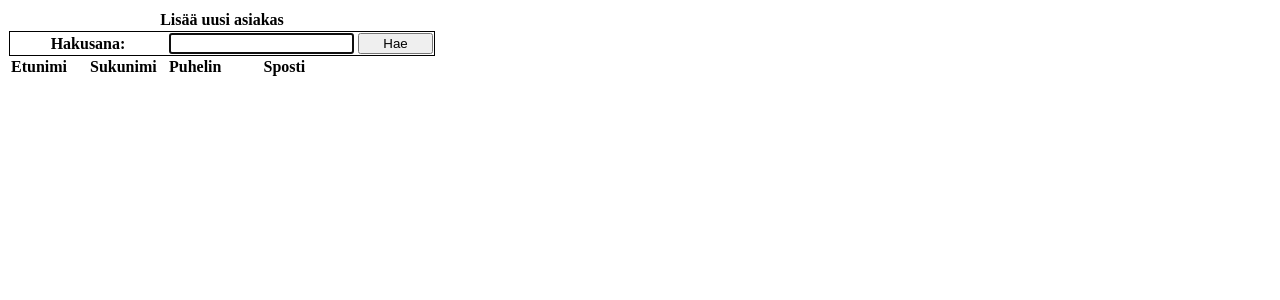
Repository: Imppa/Viikko4
Page: http://localhost/Asiakkaat/listaaasiakkaat.jsp
These files come from the project's save history. The page is drawn as it stood at one moment and after the next save; the edit follows.
The browser window is 1280 px wide. The pictures show the whole page.
The page is served by Tomcat 9. Other server files are loaded and not shown.

Above is the page before, as saved 2021-12-05 11:30:20.

### Asiakkaat/WebContent/listaaasiakkaat.jsp
<%@ page language="java" contentType="text/html; charset=ISO-8859-1"
    pageEncoding="ISO-8859-1"%>
<!DOCTYPE html>
<html>
<head>
<meta charset="ISO-8859-1">
<script src="https://ajax.googleapis.com/ajax/libs/jquery/3.4.1/jquery.min.js"></script>
<title>Insert title here</title>
<style>

.oikealle{
text-align: center;
height:175%;

}

.kentta{
text-align: left;
width: 75px;

}

.block{
width:75px;
}


</style>
</head>
<body>
<table id="listaus">
		<thead>
			<tr>
				<th colspan="5" class="oikealle"><span id="uusiAsiakas">Lisää uusi asiakas</span></th>
			</tr>
			<tr style="outline: thin solid">
				<th class="oikealle" colspan="2">Hakusana:</th>
				<th colspan="2"><input type="text" id="hakusana"></th>
				<th><input type="button" class="block" value="Hae" id="hakunappi"></th>
			</tr>
			<tr>
				<th class="kentta">Etunimi</th>
				<th class="kentta">Sukunimi</th>
				<th class="kentta">Puhelin</th>
				<th class="kentta">Sposti</th>
				<th></th>
			</tr>
		</thead>
		<tbody>
		</tbody>
</table>
<script>
$(document).ready(function() {

	$("#uusiAsiakas").click(function() {
		document.location="lisaaasiakas.jsp";
	});


	haeAsiakkaat();
	$("#hakunappi").click(function(){
		haeAsiakkaat();
	});
	$(document.body).on("keydown", function(event){
		if(event.which==13) { //Kirjaimet lajiteltu numeroittain, 13=Enter
			haeAsiakkaat();
		}
	});
	$("#hakusana").focus();//Kursori oikeaan paikkaan
});

function haeAsiakkaat(){
	$("#listaus tbody").empty();
	$.ajax({
		url:"asiakkaat/"+$("#hakusana").val(),
		type:"GET",
		dataType:"json",
		success:function(result) {
		$.each(result.asiakkaat, function(i, field) {
			var htmlStr;
			htmlStr+="<tr>";
			htmlStr+="<td>"+field.etunimi+"</td>";
			htmlStr+="<td>"+field.sukunimi+"</td>";
			htmlStr+="<td>"+field.puhelin+"</td>";
			htmlStr+="<td>"+field.sposti+"</td>";
			htmlStr+="<td>Poista</td>";
			htmlStr+="</tr>";
			$("#listaus tbody").append(htmlStr);
		});
	}});
}



</script>
</body>
</html>

### Asiakkaat/src/control/Asiakkaat.java
package control;

import java.io.IOException;
import java.io.PrintWriter;
import java.util.ArrayList;

import javax.servlet.ServletException;
import javax.servlet.annotation.WebServlet;
import javax.servlet.http.HttpServlet;
import javax.servlet.http.HttpServletRequest;
import javax.servlet.http.HttpServletResponse;

import org.json.JSONObject;

import model.Asiakas;
import model.dao.Dao;


@WebServlet("/asiakkaat/*")
public class Asiakkaat extends HttpServlet {
	private static final long serialVersionUID = 1L;


    public Asiakkaat() {
        super();
        System.out.println("Asiakkaat.Asiakkaat()");
    }

	protected void doGet(HttpServletRequest request, HttpServletResponse response) throws ServletException, IOException {
		System.out.println("Asiakkaat.doGet()");
		String pathInfo = request.getPathInfo();
		System.out.println("polku: "+pathInfo);
		String hakusana = pathInfo.replace("/", "");
		Dao dao = new Dao();
		ArrayList<Asiakas> asiakkaat = dao.listaaKaikki(hakusana);
		System.out.println(asiakkaat);
		String strJSON = new JSONObject().put("asiakkaat", asiakkaat).toString();
		response.setContentType("application/json");
		PrintWriter out = response.getWriter();
		out.println(strJSON);
	}

	protected void doPost(HttpServletRequest request, HttpServletResponse response) throws ServletException, IOException {
		System.out.println("Asiakkaat.doPost()");
		JSONObject jsonObj = new JsonStrToObj().convert(request); //Muutetaan kutsun mukana tuleva json-string json-objektiksi
		Asiakas asiakas = new Asiakas();
		asiakas.setEtunimi(jsonObj.getString("etunimi"));
		asiakas.setSukunimi(jsonObj.getString("sukunimi"));
		asiakas.setPuhelin(jsonObj.getString("puhelin"));
		asiakas.setSposti(jsonObj.getString("sposti"));
		response.setContentType("application/json");
		PrintWriter out = response.getWriter();
		Dao dao = new Dao();
		if(dao.lisaaAsiakas(asiakas)){ //metodi palauttaa true/false
			out.println("{\"response\":1}");  //Auton lisääminen onnistui {"response":1}
		}else{
			out.println("{\"response\":0}");  //Auton lisääminen epäonnistui {"response":0}
		}
	}

	protected void doPut(HttpServletRequest request, HttpServletResponse response) throws ServletException, IOException {
		System.out.println("Asiakkaat.doPut()");
	}

	protected void doDelete(HttpServletRequest request, HttpServletResponse response) throws ServletException, IOException {
		System.out.println("Asiakkaat.doDelete()");
	}

}

### Asiakkaat/src/model/dao/Dao.java
package model.dao;
import java.sql.Connection;
import java.sql.DriverManager;
import java.sql.PreparedStatement;
import java.sql.ResultSet;
import java.sql.SQLException;
import java.util.ArrayList;

import model.Asiakas;

public class Dao {
	private Connection con=null;
	private ResultSet rs = null;
	private PreparedStatement stmtPrep=null;
	private String sql;
	private String db ="Myynti.sqlite";

	private Connection yhdista() {
		Connection con = null;
		String path =System.getProperty("catalina.base");
		path = path.substring(0, path.indexOf(".metadata")).replace("\\","/");
		String url ="jdbc:sqlite:"+path+db;
		try {
			Class.forName("org.sqlite.JDBC");
			con = DriverManager.getConnection(url);
			System.out.println("Yhteys avattu.");
		}catch (Exception e) {
			System.out.println("Yhteyden avaus epäonnistui.");
			e.printStackTrace();
		}
		return con;
	}

	public ArrayList<Asiakas> listaaKaikki() {
		ArrayList<Asiakas> asiakkaat = new ArrayList<Asiakas>();
		sql = "SELECT * FROM asiakkaat";
		try {
			con=yhdista();
			if(con!=null) {
				stmtPrep = con.prepareStatement(sql);
				rs = stmtPrep.executeQuery();
				if(rs!=null) {
					while(rs.next()) {
						Asiakas asiakas = new Asiakas();
						asiakas.setAsiakas_id(rs.getInt(1));
						asiakas.setEtunimi(rs.getString(2));
						asiakas.setSukunimi(rs.getString(3));
						asiakas.setPuhelin(rs.getString(4));
						asiakas.setSposti(rs.getString(5));
						asiakkaat.add(asiakas);
					}
				}
			}
			con.close();
		}catch (Exception e) {
			e.printStackTrace();
		}
		return asiakkaat;
	}

	public ArrayList<Asiakas> listaaKaikki(String hakusana) {
		ArrayList<Asiakas> asiakkaat = new ArrayList<Asiakas>();
		sql = "SELECT * FROM asiakkaat where etunimi LIKE ? or sukunimi LIKE ? or puhelin LIKE ? or sposti LIKE ? ";
		try {
			con=yhdista();
			if(con!=null) {
				stmtPrep = con.prepareStatement(sql);
				stmtPrep.setString(1, "%" + hakusana +"%");
				stmtPrep.setString(2, "%" + hakusana +"%");
				stmtPrep.setString(3, "%" + hakusana +"%");
				stmtPrep.setString(4, "%" + hakusana +"%");
				rs = stmtPrep.executeQuery();
				if(rs!=null) {
					while(rs.next()) {
						Asiakas asiakas = new Asiakas();
						asiakas.setAsiakas_id(rs.getInt(1));
						asiakas.setEtunimi(rs.getString(2));
						asiakas.setSukunimi(rs.getString(3));
						asiakas.setPuhelin(rs.getString(4));
						asiakas.setSposti(rs.getString(5));
						asiakkaat.add(asiakas);
					}
				}
			}
			con.close();
		}catch (Exception e) {
			e.printStackTrace();
		}
		return asiakkaat;
	}
	public boolean lisaaAsiakas(Asiakas asiakas) {
		boolean paluuArvo=true;
		sql="INSERT INTO asiakkaat VALUE(?,?,?,?)";
		try {
			con = yhdista();
			stmtPrep = con.prepareStatement(sql);
			stmtPrep.setString(1, asiakas.getEtunimi());
			stmtPrep.setString(2, asiakas.getSukunimi() );
			stmtPrep.setString(3, asiakas.getPuhelin());
			stmtPrep.setString(4, asiakas.getSposti());
			stmtPrep.executeUpdate();
			con.close();
		}catch (Exception e) {
			e.printStackTrace();
			paluuArvo=false;
		}
		return paluuArvo;
	}
}

After the next save:
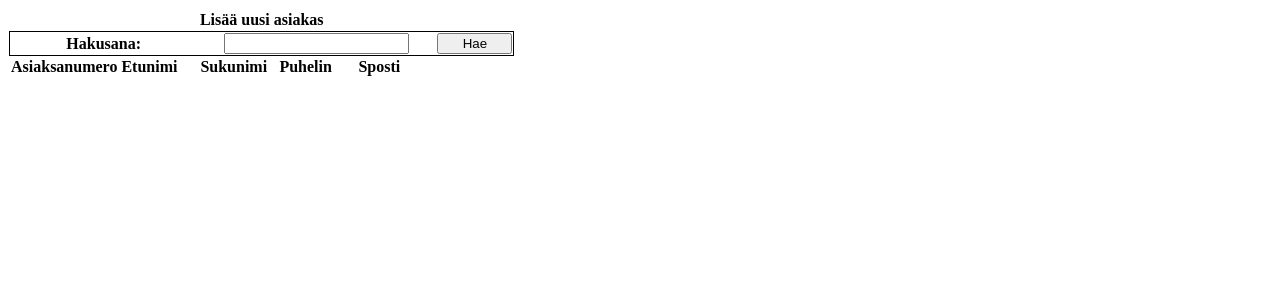
Console error: SyntaxError: Invalid or unexpected token
Saved 3 min 35 s later.
--- a/Asiakkaat/WebContent/listaaasiakkaat.jsp
+++ b/Asiakkaat/WebContent/listaaasiakkaat.jsp
@@ -31,14 +31,15 @@ width:75px;
 <table id="listaus">
 		<thead>
 			<tr>
-				<th colspan="5" class="oikealle"><span id="uusiAsiakas">Lisää uusi asiakas</span></th>
+				<th colspan="6" class="oikealle"><span id="uusiAsiakas">Lisää uusi asiakas</span></th>
 			</tr>
 			<tr style="outline: thin solid">
 				<th class="oikealle" colspan="2">Hakusana:</th>
-				<th colspan="2"><input type="text" id="hakusana"></th>
+				<th colspan="3"><input type="text" id="hakusana"></th>
 				<th><input type="button" class="block" value="Hae" id="hakunappi"></th>
 			</tr>
 			<tr>
+				<th class="kentta">Asiaksanumero</th>
 				<th class="kentta">Etunimi</th>
 				<th class="kentta">Sukunimi</th>
 				<th class="kentta">Puhelin</th>
@@ -79,11 +80,12 @@ function haeAsiakkaat(){
 		$.each(result.asiakkaat, function(i, field) {
 			var htmlStr;
 			htmlStr+="<tr>";
+			htmlStr+="<td>"+field.asiakas_id+"</td>;
 			htmlStr+="<td>"+field.etunimi+"</td>";
 			htmlStr+="<td>"+field.sukunimi+"</td>";
 			htmlStr+="<td>"+field.puhelin+"</td>";
 			htmlStr+="<td>"+field.sposti+"</td>";
-			htmlStr+="<td>Poista</td>";
+			htmlStr+="<span class='poista' onclick=poista("field.asiakas_id")>";
 			htmlStr+="</tr>";
 			$("#listaus tbody").append(htmlStr);
 		});
